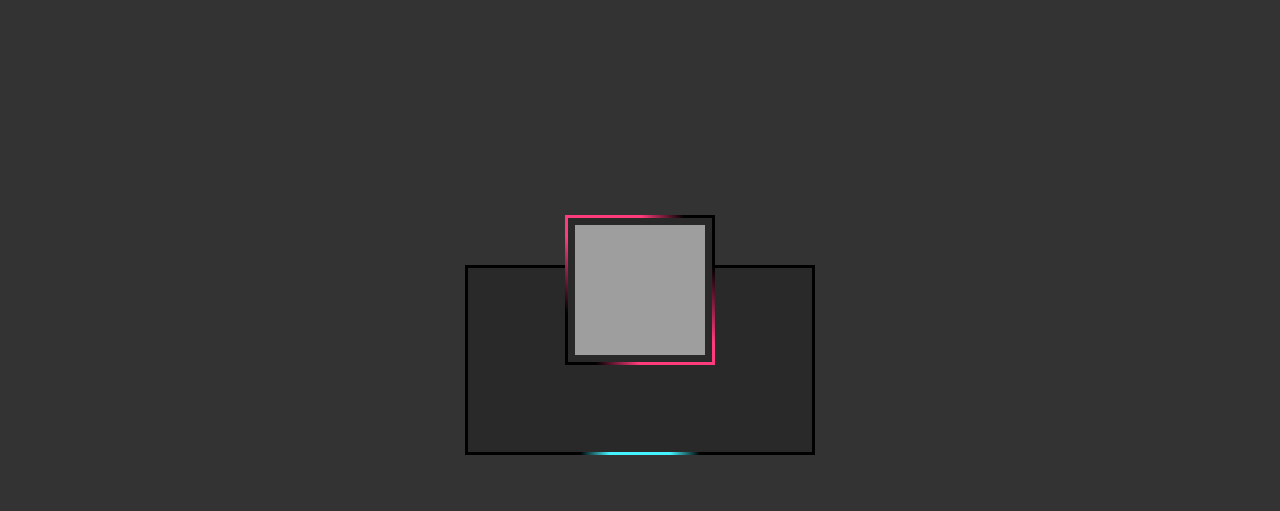
Repository: SeungYn/Javascript-study-toy
Page: profile-card/index.html
The author's editor kept a copy of each file at every save. The page is drawn from the files as they stood at one save, then again after the next save.
The browser window is 1280 px wide. The pictures show the whole page.
Pictures or frames that could not be fetched are drawn as grey boxes.

Above is the page before, as saved 2023-01-12 15:49:11.

### profile-card/index.html
<!DOCTYPE html>
<html lang="en">
  <head>
    <meta charset="UTF-8" />
    <meta http-equiv="X-UA-Compatible" content="IE=edge" />
    <meta name="viewport" content="width=device-width, initial-scale=1.0" />
    <title>Document</title>
    <link rel="stylesheet" href="./style.css" />
  </head>
  <body>
    <div class="card">
      <div class="lines"></div>
      <div class="imgBx">
        <img src="수업자료.jpg" />
      </div>
      <div class="content">
        <div class="details">
          <h2>Alina Smith<br /><span>Senior UX/UI Designer</span></h2>
          <div class="data">
            <h3>342<br /><span>Posts</span></h3>
            <h3>120k<br /><span>Followers</span></h3>
            <h3>285<br /><span>Followers</span></h3>
          </div>
        </div>
      </div>
    </div>
  </body>
</html>

### profile-card/style.css
@import url('https://fonts.googleapis.com/css?family-Popins:100,200,300,400,500,600,700,800,900');

* {
  margin: 0;
  padding: 0;
  box-sizing: border-box;
  font-family: 'Popins', sans-serif;
}

body {
  display: flex;
  justify-content: center;
  align-items: center;
  min-height: 100vh;
  background: #333;
}

.card {
  position: relative;
  width: 350px;
  height: 190px;
  background: #333;
  transition: 0.5s;
}

.card:hover {
  height: 450px;
}

.card .lines {
  position: absolute;
  inset: 0;
  background: #000;
  overflow: hidden;
}

.card .lines::before {
  content: '';
  position: absolute;
  top: 50%;
  left: 50%;
  transform: translate(-50%, -50%);
  width: 600px;
  height: 120px;
  background: linear-gradient(
    transparent,
    #45f3ff,
    #45f3ff,
    #45f3ff,
    transparent
  );
  animation: animate 4s linear infinite;
}

@keyframes animate {
  0% {
    transform: translate(-50%, -50%) rotate(0deg);
  }

  100% {
    transform: translate(-50%, -50%) rotate(360deg);
  }
}

.card .lines::after {
  content: '';
  position: absolute;
  inset: 3px;
  background-color: #292929;
}

.card .imgBx {
  position: absolute;
  left: 50%;
  top: -50px;
  transform: translateX(-50%);
  width: 150px;
  height: 150px;
  background: #000;
  transition: 0.5s;
  z-index: 10;
  overflow: hidden;
}

.card:hover .imgBx {
  width: 250px;
  height: 250px;
}
.card .imgBx::before {
  content: '';
  position: absolute;
  top: 50%;
  left: 50%;
  width: 500px;
  height: 150px;
  transform: translate(-50%, -50%);
  background: linear-gradient(
    transparent,
    #ff3c7b,
    #ff3c7b,
    #ff3c7b,
    transparent
  );
  animation: animate2 6s linear infinite;
}

@keyframes animate2 {
  0% {
    transform: translate(-50%, -50%) rotate(360deg);
  }

  100% {
    transform: translate(-50%, -50%) rotate(0deg);
  }
}

.card .imgBx::after {
  content: '';
  position: absolute;
  inset: 3px;
  background: #292929;
}

.card .imgBx img {
  position: absolute;
  top: 10px;
  left: 10px;
  z-index: 1;
  width: calc(100% - 20px);
  height: calc(100% - 20px);
  filter: grayscale(1);
}

After the next save:
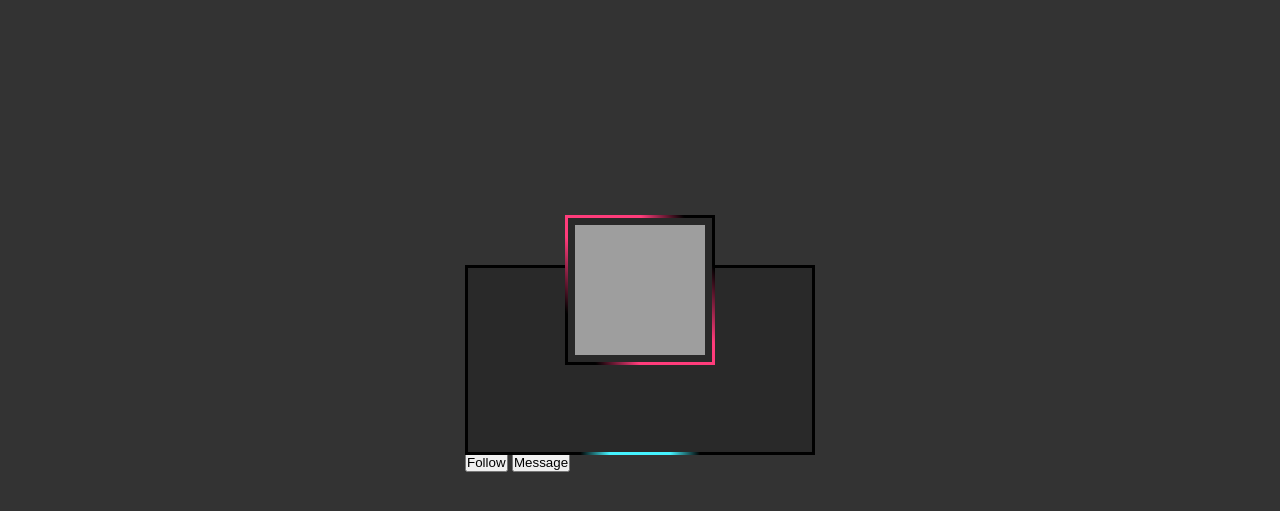
Saved 29 s later.
--- a/profile-card/index.html
+++ b/profile-card/index.html
@@ -21,6 +21,10 @@
             <h3>120k<br /><span>Followers</span></h3>
             <h3>285<br /><span>Followers</span></h3>
           </div>
+          <div class="actionBtn">
+            <button>Follow</button>
+            <button>Message</button>
+          </div>
         </div>
       </div>
     </div>
